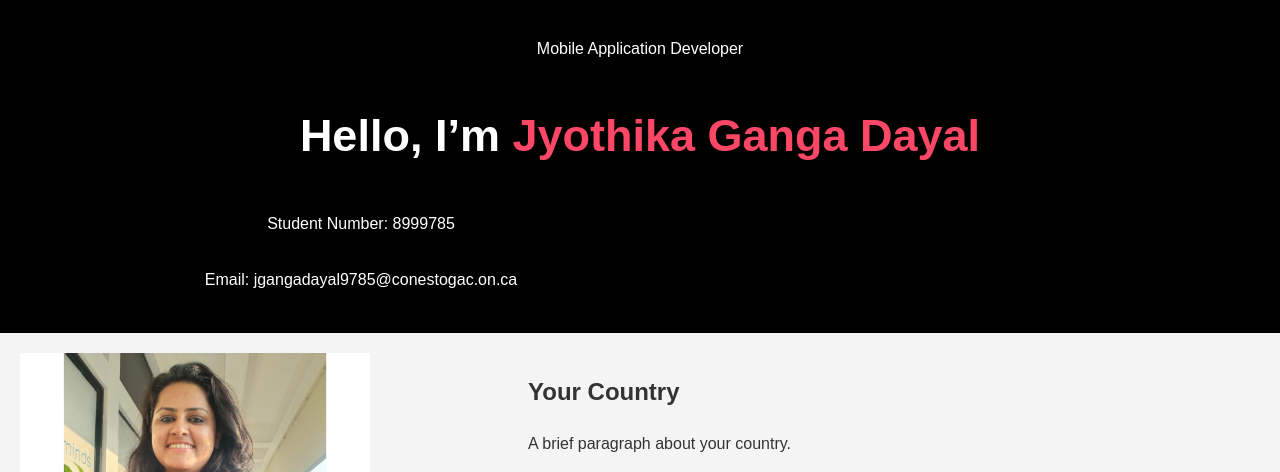
Repository: jyothika123/portfolio
Page: index.html
An editor plug-in stored every save of this project. The page is shown before and after the next save, followed by the edit.
The browser window is 1280 px wide. The pictures show the part of the page from y = 0 to 472 px (the page is 1139 px tall).
Pictures or frames that could not be fetched are drawn as grey boxes.

Above is the page before, as saved 2024-09-22 15:25:19.

After the next save:
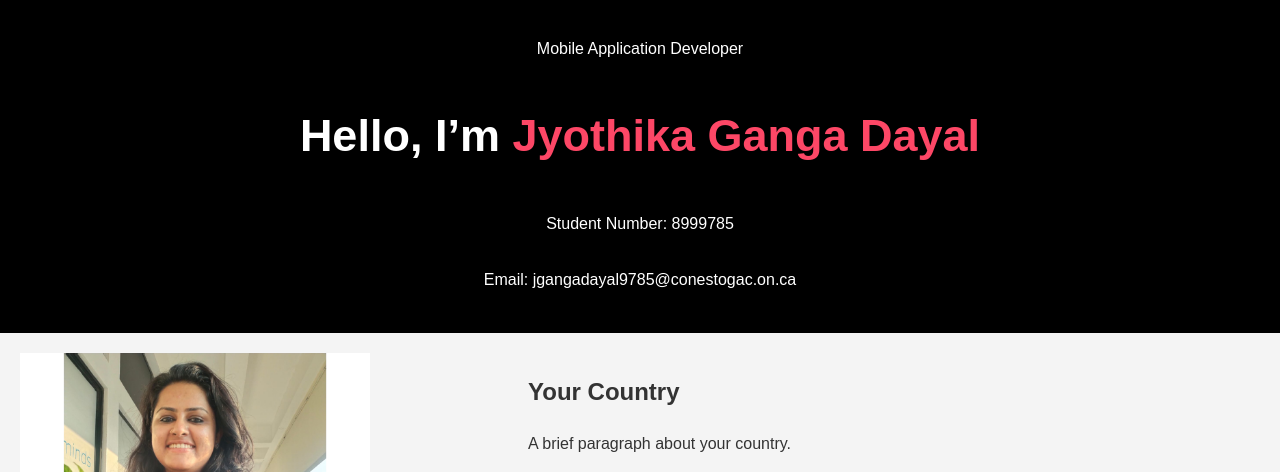
Saved 5 min 7 s later.
--- a/css/style.css
+++ b/css/style.css
@@ -64,7 +64,7 @@ footer {
     color: #fd4766;
   }
   .content p {
-    width: 55%;
+    width: 100%;
     color: #ffffff;
     margin-top: 25px;
     margin-bottom: 30px;
